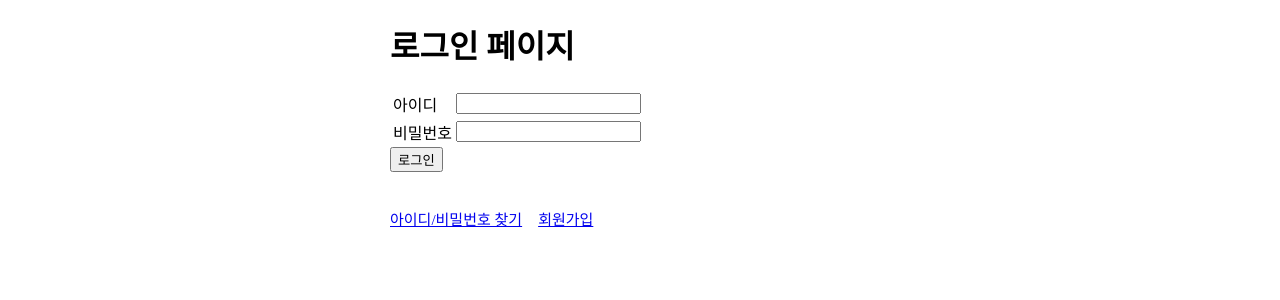
Repository: ksccmp/notice-board
Page: http://localhost/board/login.jsp
These files come from the project's save history. The page is drawn as it stood at one moment and after the next save; the edit follows.
The browser window is 1280 px wide. The pictures show the whole page.
The page is served by Tomcat 9. Nobody is signed in. The application's start-up code is not run. Other server files are loaded and not shown.

Above is the page before, as saved 2019-09-18 13:36:53.

### board/src/main/webapp/login.jsp
<%@ page language="java" contentType="text/html; charset=UTF-8"
    pageEncoding="UTF-8"%>
<!DOCTYPE html PUBLIC "-//W3C//DTD HTML 4.01 Transitional//EN" "http://www.w3.org/TR/html4/loose.dtd">
<html>
<head>
<meta http-equiv="Content-Type" content="text/html; charset=UTF-8">
<title>LoginPage</title>
</head>
<style>
	#hreffont {
		font-size: 15px;
	}

	#divposition {
		width: 500px;
		margin: 0 auto;
	}
</style>
<body>
	<div id="divposition">
		<h1>로그인 페이지</h1>
		<form method="post" action="">
			<table>
				<tr>
					<td>아이디</td>
					<td><input type="text" id="id" name="id"></td>
				</tr>

				<tr>
					<td>비밀번호</td>
					<td><input type="password" id="password" name="password"></td>
				</tr>
			</table>
			<input type="submit" value="로그인">
		</form>

		<br><br>
		<a href="#" id="hreffont">아이디/비밀번호 찾기</a> &nbsp;&nbsp;
		<a href="#" id="hreffont">회원가입</a>
	</div>
</body>
</html>

After the next save:
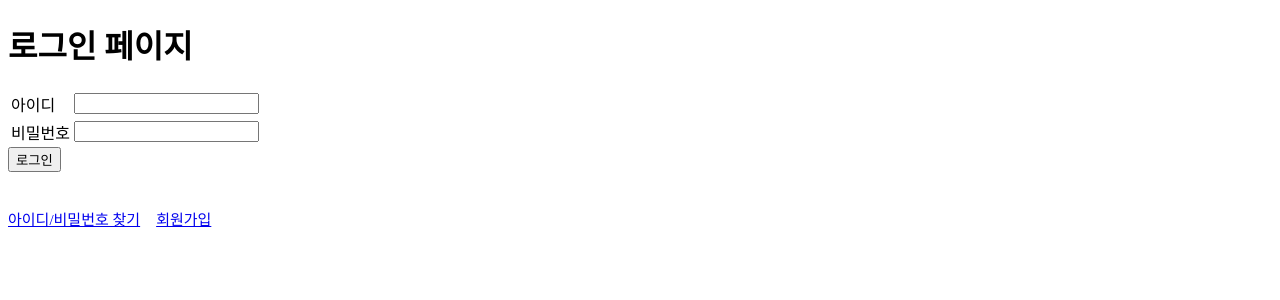
Saved 12 s later.
--- a/board/src/main/webapp/login.jsp
+++ b/board/src/main/webapp/login.jsp
@@ -12,7 +12,7 @@
 	}
 
 	#divposition {
-		width: 500px;
+		/* width: 500px; */
 		margin: 0 auto;
 	}
 </style>
